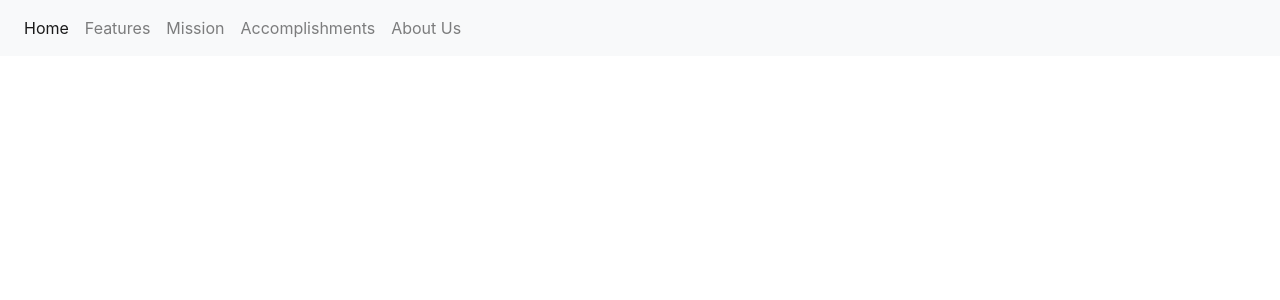
Repository: vipulx44/Prayas-Seva
Page: http://localhost/
These files come from the project's save history. The page is drawn as it stood at one moment and after the next save; the edit follows.
The browser window is 1280 px wide. The pictures show the whole page.
Some web libraries are served in a nearby version. The page is run by PHP 8.4 with error messages shown; the project is at /var/www/html/.

Above is the page before, as saved 2017-09-23 14:27:13.

After the next save:
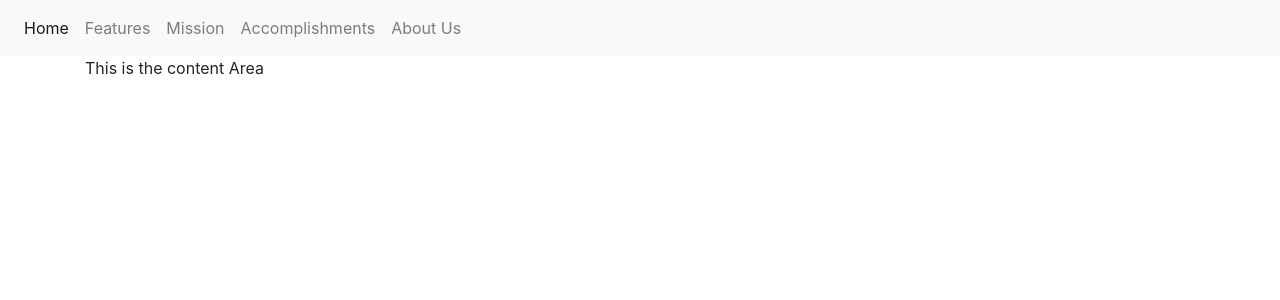
Saved 92 s later.
--- a/Prayasfirst/index.php
+++ b/Prayasfirst/index.php
@@ -44,6 +44,9 @@
 			  </div>
 			</nav><!-- End Main Navigation -->
 
+			<div class="container">
+				<p>This is the content Area</p>
+			</div>
 
 
 	</body>
